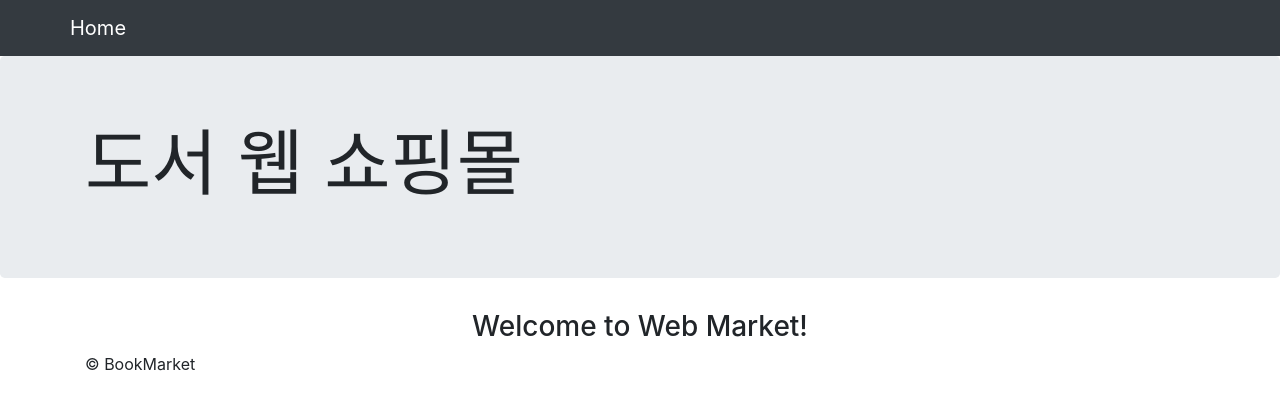
Repository: bobo1201/jspwork
Page: http://localhost/JSP0227/ch03_ex07/menu.jsp
An editor plug-in stored every save of this project. The page is shown before and after the next save, followed by the edit.
The browser window is 1280 px wide. The pictures show the whole page.
The page is served by Tomcat 9.

Above is the page before, as saved 2023-02-27 07:42:48.

### JSP0227/src/main/webapp/ch03_ex07/menu.jsp
<%@ page language="java" contentType="text/html; charset=UTF-8"
    pageEncoding="UTF-8"%>
<%@ page import="java.util.Date" %>
<!DOCTYPE html>
<html>
<head>
<meta charset="UTF-8">
<link rel = "stylesheet"
	href = "http://maxcdn.bootstrapcdn.com/bootstrap/4.0.0/css/bootstrap.min.css">
<title>Welcome</title>
</head>
<body>
	<nav class = "navbar navbar-expand navbar-dark bg-dark">
		<div class = "container">
			<div class = "navbar-header">
				<a class = "navbar-brand" href="./welcom.jsp">Home</a>
			</div>
		</div>
	</nav>

	<%! String greeting = "도서 웹 쇼핑몰";
		String tagline = "Welcome to Web Market!";%>
	<div class = "jumbotron">
		<div class = "container">
			<h1 class = "display-3"><%= greeting %></h1>
		</div>
	</div>
	<main role = "main">
	<div class = "container">
		<div class = "text-center">
			<h3><%= tagline %></h3>
		</div>
	</div>
	</main>

	<footer class = "container">
		<p>&copy; BookMarket</p>
	</footer>
</body>
</html>

After the next save:
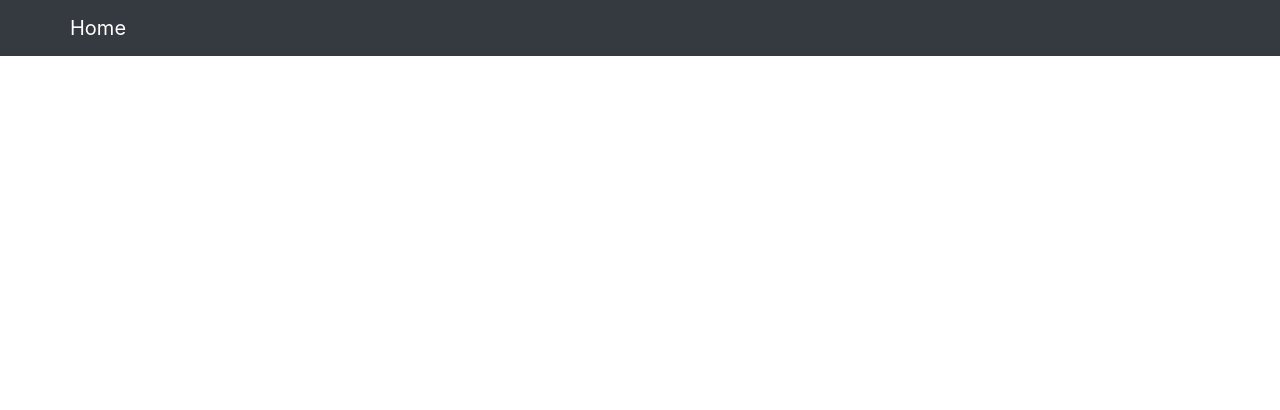
Saved 38 s later.
--- a/JSP0227/src/main/webapp/ch03_ex07/menu.jsp
+++ b/JSP0227/src/main/webapp/ch03_ex07/menu.jsp
@@ -17,24 +17,5 @@
 			</div>
 		</div>
 	</nav>
-
-	<%! String greeting = "도서 웹 쇼핑몰";
-		String tagline = "Welcome to Web Market!";%>
-	<div class = "jumbotron">
-		<div class = "container">
-			<h1 class = "display-3"><%= greeting %></h1>
-		</div>
-	</div>
-	<main role = "main">
-	<div class = "container">
-		<div class = "text-center">
-			<h3><%= tagline %></h3>
-		</div>
-	</div>
-	</main>
-
-	<footer class = "container">
-		<p>&copy; BookMarket</p>
-	</footer>
 </body>
 </html>
